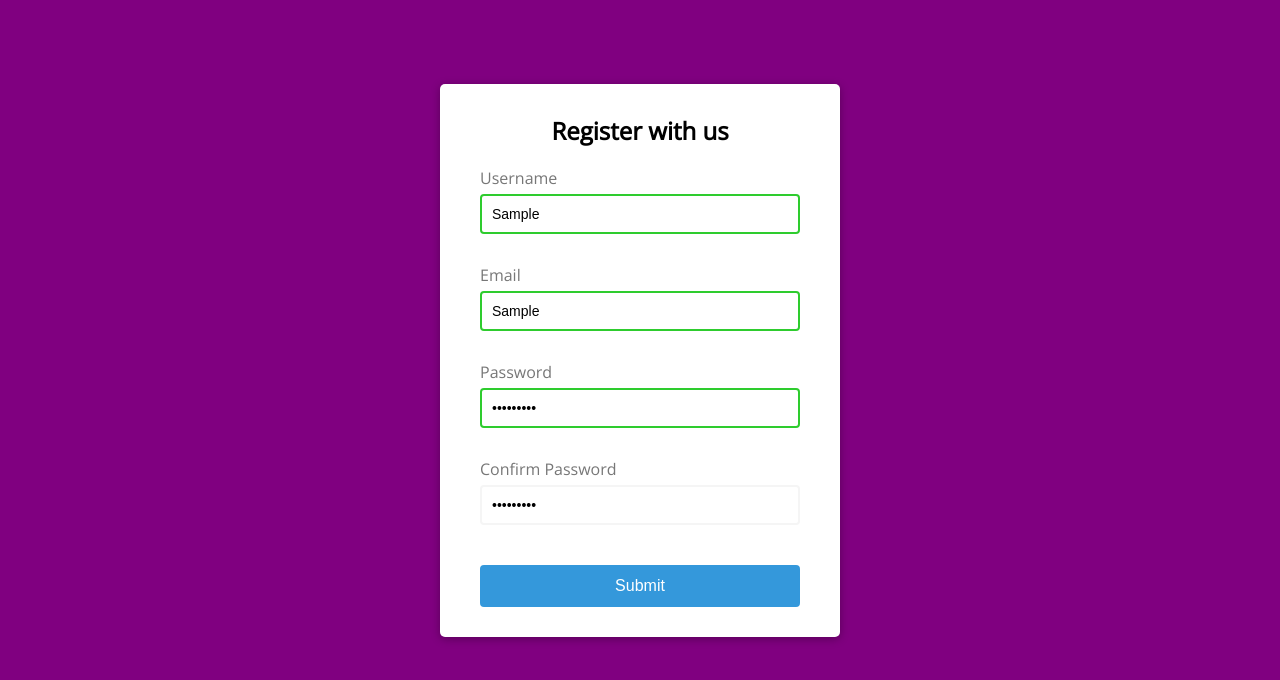
Repository: Azariagmt/Vanilla-javascript
Page: Form-Validator/index.html
An editor plug-in stored every save of this project. The page is shown before and after a run of saves, followed by the edit.
The browser window is 1280 px wide. The pictures show the whole page.
Empty fields were first filled with sample values (such as "Sample", 5 or name@example.com).
After loading, the first visible `#form` was submitted once.

Above is the page before, as saved 2020-04-21 12:35:30.
Console error: TypeError: Cannot set properties of undefined (setting 'className')

### Form-Validator/index.html
<!DOCTYPE html>
<!--[if lt IE 7]>      <html class="no-js lt-ie9 lt-ie8 lt-ie7"> <![endif]-->
<!--[if IE 7]>         <html class="no-js lt-ie9 lt-ie8"> <![endif]-->
<!--[if IE 8]>         <html class="no-js lt-ie9"> <![endif]-->
<!--[if gt IE 8]><!--> <html class="no-js"> <!--<![endif]-->
    <head>
        <meta charset="utf-8">
        <meta http-equiv="X-UA-Compatible" content="IE=edge">
        <title>Form Validator</title>
        <meta name="description" content="">
        <meta name="viewport" content="width=device-width, initial-scale=1">
        <link rel="stylesheet" href="style.css">
    </head>
    <body>
        <!--[if lt IE 7]>
            <p class="browsehappy">You are using an <strong>outdated</strong> browser. Please <a href="#">upgrade your browser</a> to improve your experience.</p>
        <![endif]-->

        <div class="container">
            <form action="" id="form" class="form">
                <h2> Register with us   </h2>
                <div class="form-control">
                    <label for="username">Username</label>
                    <input type="text" id="username" placeholder="Enter username">
                    <small> Error message</small>
                </div>
                <div class="form-control">
                    <label for="email">Email</label>
                    <input type="text" id="email" placeholder="Enter email">
                    <small> Error message</small>
                </div>
                <div class="form-control">
                    <label for="password">Password</label>
                    <input type="password" id="password" placeholder="Enter password">
                    <small> Error message</small>
                </div>
                <div class="form-control">
                    <label for="confirm">Confirm Password</label>
                    <input type="password" id="confirm" placeholder="confirm password">
                    <small> Error message</small>
                </div>
                <button>Submit</button>
            </form>
        </div>
        <script src="script.js" async defer></script>
    </body>
</html>

### Form-Validator/style.css
@import url('https://fonts.googleapis.com/css2?family=Open+Sans:wght@300&display=swap');

*{
    box-sizing: border-box;
}

body{
    background-color: purple;
    font-family: 'Open Sans', sans-serif;
    display: flex;
    align-items: center;
    justify-content: center;
    min-height: 100vh;
    margin: 0;
}

.container{
    background-color:white;
    border-radius: 5px;
    box-shadow: 0 2px 10px rgba(0, 0, 0, .3);
    width: 400px;
}

h2{
    text-align: center;
    margin: 0 0 20px;
}

.form{
    padding: 30px 40px;
}

.form-control{
    margin-bottom: 10px;
    padding-bottom: 20px;
    position: relative;
}

.form-control label{
    color:#777;
    display: block;
    margin-bottom: 5px;
}

.form-control input{
    border: 2px solid whitesmoke;
    border-radius: 4px;
    display: block;
    width: 100%;
    padding: 10px;
    font-size: 14px;
}

.form-control input:focus{
    outline: 0;
    border-color: purple;
}
.form-control.success input{
    border-color: #2ecc2e;
}

.form-control.error input{
    border-color: #ee7744;
}

.form-control small{
    color: red;
    position: absolute;
    bottom:0;
    left:0;
    visibility: hidden;
}

.form-control.error small{
    visibility: visible;
}

.form button{
    cursor: pointer;
    background-color: #3498db;
    border: 2px solid #3498db;
    border-radius:4px;
    color:white;
    display: block;
    font-size: 16px;
    padding: 10px;
    margin-top: 20px;
    width: 100%;
}

### Form-Validator/script.js
const form = document.getElementById('form');
const username = document.getElementById('username');
const email = document.getElementById('email');
const password = document.getElementById('password');
const password2 = document.getElementById('confirm');

//show error message
function showError(input, message){
    const formControl = input.parentElement;
    formControl.className = 'form-control error';
    const small = formControl.querySelector('small');
    small.innerText = message;
}

//show success message
function showSuccess(input, message){
    const formControl = input.parentElement;
    formControl.className = 'form-control success';
}

form.addEventListener('submit', function(e){
    e.preventDefault();
    if(username.value === ''){
        showError(username,'Username is required');
    }else{
        showSuccess(username);
    }

    if(email.value === ''){
        showError(email,'email is required');
    }else{
        showSuccess(email);
    }

    if(password.value === ''){
        showError(password,'password is required');
    }else{
        showSuccess(password);
    }

    if(password2.value === ''){
        showError(confirm,'confirming is required');
    }else{
        showSuccess(confirm);
    }

});

After the next 4 saves:
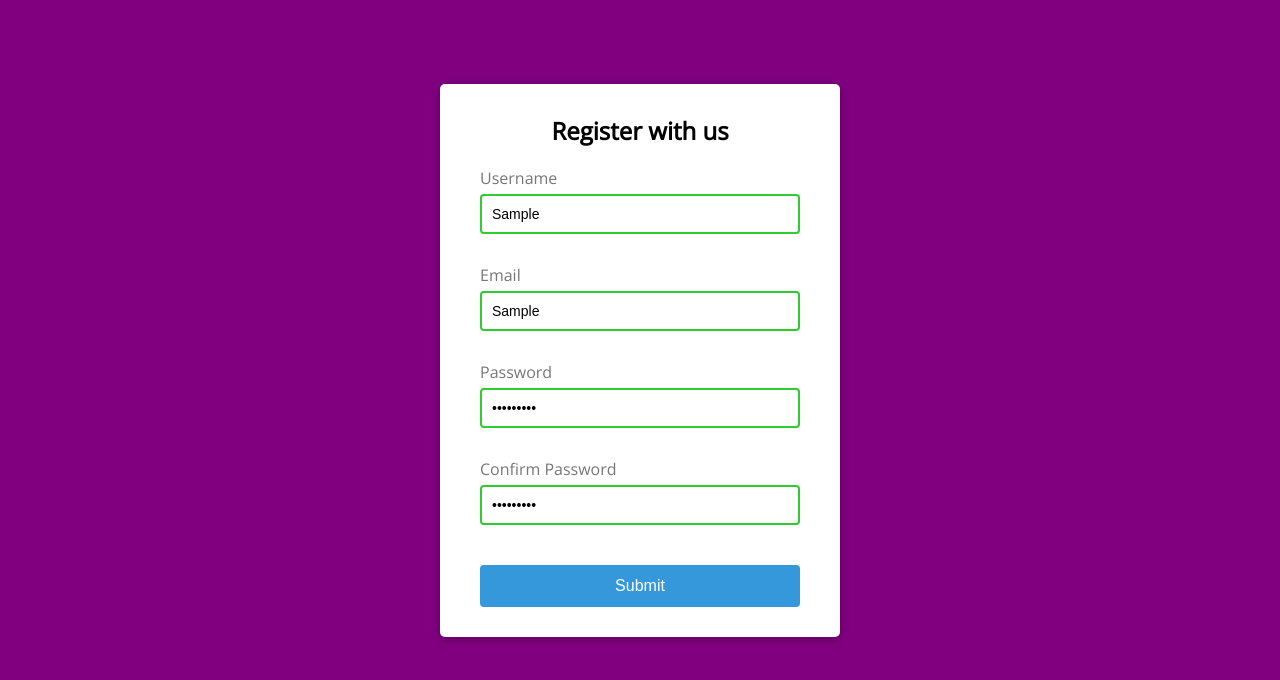
The error is gone.
The 4 saves are shown as one change because they came seconds apart.
The last was saved 26 s later.
--- a/Form-Validator/script.js
+++ b/Form-Validator/script.js
@@ -39,9 +39,9 @@ form.addEventListener('submit', function(e){
     }
 
     if(password2.value === ''){
-        showError(confirm,'confirming is required');
+        showError(password2,'confirming is required');
     }else{
-        showSuccess(confirm);
+        showSuccess(password2);
     }
 
 });
